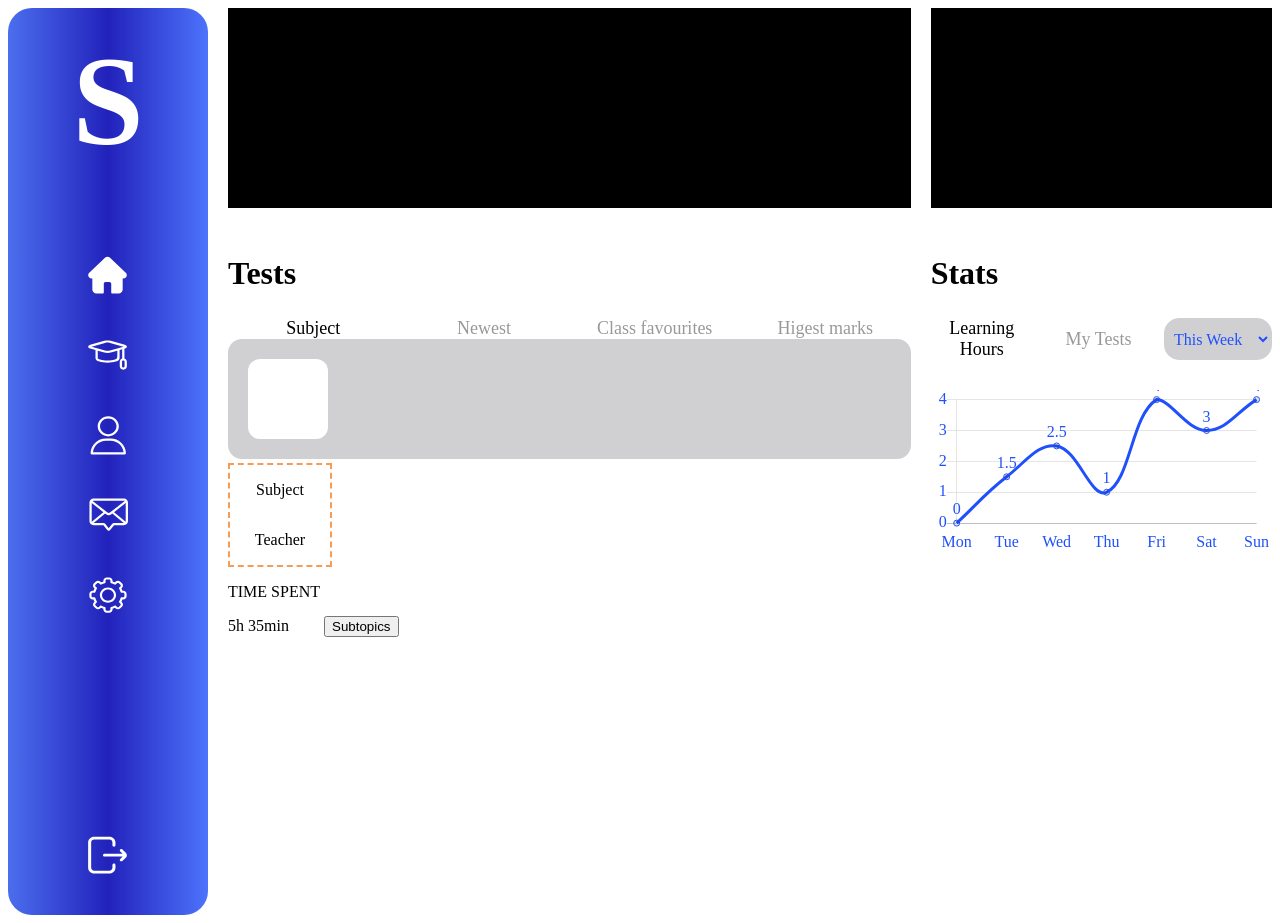
Repository: rafalzacher1/smartify-interface
Page: home.html
The author's editor kept a copy of each file at every save. The page is drawn from the files as they stood at one save, then again after a run of saves.
The browser window is 1280 px wide. The pictures show the whole page.
Some web fonts or font styles are not loaded; a fallback is used. Some web libraries are served in a nearby version.

Above is the page before, as saved 2022-06-30 04:27:43.

### home.html
<!DOCTYPE html>
<html lang="en">

<head>
    <link rel="stylesheet" href="./styles/home.css">
    <link rel="stylesheet" href="./styles/search.css">
    <link rel="stylesheet" href="./styles/tests.css">
    <link rel="stylesheet" href="./styles/navigation.css">
    <link rel="stylesheet" href="./styles/user-header.css">
    <link rel="stylesheet" href="./styles/stats.css">
    <script src="https://cdnjs.cloudflare.com/ajax/libs/Chart.js/2.4.0/Chart.min.js"></script>
    <link rel="stylesheet" href="./styles/graphs.css">
    <link href='https://fonts.googleapis.com/css?family=Baloo Bhai' rel='stylesheet'>
    <link href='https://fonts.googleapis.com/css?family=Baloo Bhai' rel='stylesheet'>
</head>

<body>
    <div id="main-container">
        <div id="navigation-container">
            <h1>S</h1>

            <nav id="navigation-options">
                <svg width="27" height="25" viewBox="0 0 27 25" fill="none" xmlns="http://www.w3.org/2000/svg">
                    <path
                        d="M25.5018 10.9867C25.5012 10.9862 25.5006 10.9856 25.5 10.985L14.8668 0.890976C14.4135 0.460518 13.8109 0.223389 13.17 0.223389C12.529 0.223389 11.9264 0.460329 11.473 0.890787L0.845318 10.9797C0.841738 10.9831 0.838158 10.9867 0.834579 10.9901C-0.0961545 11.8788 -0.0945635 13.3206 0.839153 14.207C1.26574 14.6122 1.82915 14.8469 2.43154 14.8714C2.456 14.8737 2.48066 14.8748 2.50552 14.8748H2.92932V22.3034C2.92932 23.7734 4.1892 24.9694 5.73803 24.9694H9.89809C10.3197 24.9694 10.6618 24.6449 10.6618 24.2444V18.4204C10.6618 17.7496 11.2365 17.204 11.9431 17.204H14.3968C15.1034 17.204 15.6782 17.7496 15.6782 18.4204V24.2444C15.6782 24.6449 16.02 24.9694 16.4419 24.9694H20.6019C22.1508 24.9694 23.4106 23.7734 23.4106 22.3034V14.8748H23.8036C24.4444 14.8748 25.047 14.6379 25.5006 14.2074C26.4353 13.3195 26.4357 11.8752 25.5018 10.9867V10.9867Z"
                        fill="white" />
                </svg>

                <svg width="29" height="22" viewBox="0 0 29 22" fill="none" xmlns="http://www.w3.org/2000/svg">
                    <path
                        d="M26.4228 13.5237V6.40629L26.734 6.31764C27.9305 5.97676 28.1816 5.39965 28.1816 4.97552C28.1816 4.55139 27.9304 3.97428 26.734 3.63356L16.4958 0.717713C15.8653 0.538127 15.0388 0.43924 14.1689 0.43924C13.299 0.43924 12.4726 0.538127 11.8419 0.717713L1.60382 3.63356C0.407257 3.97428 0.156067 4.55139 0.156067 4.97557C0.156067 5.3997 0.407202 5.97686 1.60376 6.31769L5.43281 7.4082V13.2841C5.43281 14.0138 5.93239 15.0416 8.31243 15.7947C9.88887 16.2936 11.9687 16.5683 14.1688 16.5683C16.3689 16.5683 18.4487 16.2936 20.0252 15.7947C22.4053 15.0415 22.9049 14.0138 22.9049 13.2841V7.40825L24.7806 6.87402V13.5237C23.7595 13.8501 23.0217 14.767 23.0217 15.8451V19.1846C23.0217 20.5351 24.179 21.6338 25.6017 21.6338C27.0242 21.6338 28.1816 20.5351 28.1816 19.1846V15.8451C28.1817 14.767 27.4439 13.8501 26.4228 13.5237ZM12.3137 2.21089C12.7886 2.07563 13.4647 1.9981 14.1689 1.9981C14.873 1.9981 15.5492 2.07563 16.024 2.21084L25.7315 4.97557L21.8438 6.08282C21.8416 6.08349 21.8394 6.08406 21.8372 6.08474L16.024 7.74036C15.5493 7.87556 14.8731 7.95309 14.169 7.95309C13.4649 7.95309 12.7886 7.87556 12.3138 7.74036L6.50073 6.08474C6.49849 6.08406 6.4963 6.08349 6.49405 6.08282L2.60639 4.97557L12.3137 2.21089ZM21.2629 11.2372C21.2629 13.3846 20.9647 13.8541 19.506 14.3157C18.0926 14.763 16.1971 15.0093 14.1689 15.0093C12.1406 15.0093 10.2452 14.763 8.83178 14.3157C7.37313 13.8541 7.07493 13.3845 7.07493 13.2841V7.87582L11.842 9.23348C12.4726 9.41307 13.299 9.51196 14.1689 9.51196C15.0388 9.51196 15.8652 9.41307 16.4959 9.23348L21.2629 7.87582V11.2372ZM26.5395 19.1845C26.5395 19.6754 26.1188 20.0748 25.6017 20.0748C25.0846 20.0748 24.6639 19.6755 24.6639 19.1845V15.845C24.6639 15.3541 25.0846 14.9546 25.6017 14.9546C26.1189 14.9546 26.5395 15.3541 26.5395 15.845V19.1845Z"
                        fill="white" />
                </svg>

                <svg width="24" height="26" viewBox="0 0 24 26" fill="none" xmlns="http://www.w3.org/2000/svg">
                    <path
                        d="M12.1698 0.827911C8.37379 0.827911 5.28546 3.75975 5.28546 7.36343C5.28546 10.9671 8.37379 13.899 12.1698 13.899C15.9659 13.899 19.0542 10.9671 19.0542 7.36343C19.0542 3.75975 15.9659 0.827911 12.1698 0.827911ZM12.1698 12.4466C9.21735 12.4466 6.81532 10.1663 6.81532 7.36343C6.81532 4.56057 9.21735 2.28025 12.1698 2.28025C15.1223 2.28025 17.5243 4.56057 17.5243 7.36343C17.5243 10.1663 15.1223 12.4466 12.1698 12.4466Z"
                        fill="white" />
                    <path
                        d="M20.7353 18.1686C18.8505 16.3518 16.3519 15.3513 13.6997 15.3513H10.64C7.98784 15.3513 5.48917 16.3518 3.60439 18.1686C1.72883 19.9765 0.695923 22.3628 0.695923 24.8883C0.695923 25.2894 1.03841 25.6145 1.46085 25.6145H22.8789C23.3013 25.6145 23.6438 25.2894 23.6438 24.8883C23.6438 22.3628 22.6109 19.9765 20.7353 18.1686ZM2.25944 24.1621C2.64267 20.043 6.25497 16.8036 10.64 16.8036H13.6997C18.0848 16.8036 21.6971 20.043 22.0803 24.1621H2.25944Z"
                        fill="white" />
                </svg>


                <svg width="27" height="23" viewBox="0 0 27 23" fill="none" xmlns="http://www.w3.org/2000/svg">
                    <path
                        d="M24.1913 0.381134H3.77551C2.23533 0.381134 0.9823 1.57067 0.9823 3.0328V15.7608C0.9823 17.223 2.23533 18.4125 3.77551 18.4125H10.353C10.4332 18.4125 10.5096 18.4491 10.5573 18.5105L12.957 21.5991C13.1975 21.9087 13.5678 22.0872 13.9729 22.089H13.979C14.3819 22.089 14.7514 21.9139 14.9937 21.608L17.4479 18.5087C17.4956 18.4484 17.5715 18.4124 17.6509 18.4124H24.1913C25.7315 18.4124 26.9845 17.2229 26.9845 15.7608V3.03276C26.9845 1.57063 25.7315 0.381134 24.1913 0.381134ZM25.4609 15.7608C25.4609 15.8747 25.4439 15.9848 25.4127 16.0892L17.5863 9.57636L25.4609 3.37251V15.7608ZM24.1913 1.8275C24.4235 1.8275 24.6413 1.88728 24.8287 1.99108L14.7964 9.8948C14.3265 10.265 13.6446 10.265 13.1747 9.8948L3.14064 1.98969C3.32753 1.88675 3.54433 1.8275 3.77551 1.8275H24.1913ZM2.55416 16.0892C2.52293 15.9848 2.50587 15.8747 2.50587 15.7608V3.36913L10.3826 9.57457L2.55416 16.0892ZM16.2301 17.6396L13.9808 20.4801L11.7834 17.6519C11.4498 17.2225 10.915 16.9661 10.3529 16.9661H3.81172L11.5698 10.5099L12.2017 11.0078C12.7186 11.415 13.3519 11.6185 13.9855 11.6185C14.6189 11.6185 15.2525 11.4148 15.7693 11.0078L16.399 10.5117L24.155 16.9661H17.6509C17.0952 16.9661 16.5641 17.2178 16.2301 17.6396Z"
                        fill="white" />
                </svg>

                <svg width="28" height="25" viewBox="0 0 28 25" fill="none" xmlns="http://www.w3.org/2000/svg">
                    <path
                        d="M14.8013 24.9227H13.1654C11.8422 24.9227 10.7657 23.9008 10.7657 22.6447V22.1193C10.2032 21.9486 9.65665 21.7333 9.13159 21.4753L8.73937 21.8477C7.7894 22.7506 6.2677 22.7241 5.34533 21.8473L4.18907 20.7497C3.26507 19.8735 3.23849 18.4294 4.18937 17.5277L4.58129 17.1556C4.30958 16.6571 4.08276 16.1384 3.90299 15.6043H3.34958C2.02648 15.6043 0.949951 14.5823 0.949951 13.3262V11.7731C0.949951 10.517 2.02648 9.4951 3.34963 9.4951H3.90304C4.08281 8.96103 4.30963 8.44223 4.58134 7.94378L4.18912 7.57148C3.2388 6.67028 3.26502 5.22602 4.18942 4.34942L5.34579 3.2517C6.2703 2.37283 7.79164 2.35089 8.73978 3.25199L9.13165 3.624C9.6567 3.3661 10.2032 3.15073 10.7658 2.98007V2.4547C10.7658 1.1986 11.8422 0.176666 13.1654 0.176666H14.8014C16.1245 0.176666 17.201 1.1986 17.201 2.4547V2.98012C17.7636 3.15073 18.3101 3.3661 18.8351 3.62405L19.2274 3.2517C20.1773 2.34876 21.699 2.37525 22.6214 3.25204L23.7777 4.34966C24.7017 5.22587 24.7283 6.66999 23.7774 7.57172L23.3854 7.94378C23.6572 8.44223 23.884 8.96098 24.0637 9.4951H24.6172C25.9403 9.4951 27.0168 10.517 27.0168 11.7731V13.3262C27.0168 14.5823 25.9403 15.6043 24.6172 15.6043H24.0637C23.884 16.1383 23.6572 16.6571 23.3854 17.1556L23.7777 17.5279C24.728 18.4291 24.7018 19.8734 23.7774 20.75L22.621 21.8477C21.6965 22.7266 20.1751 22.7485 19.227 21.8474L18.8351 21.4754C18.3101 21.7333 17.7636 21.9487 17.201 22.1193V22.6448C17.201 23.9008 16.1245 24.9227 14.8013 24.9227V24.9227ZM9.38692 19.9527C10.1163 20.3622 10.9014 20.6716 11.7203 20.8722C12.0575 20.9548 12.2931 21.2436 12.2931 21.5742V22.6447C12.2931 23.1013 12.6845 23.4727 13.1654 23.4727H14.8014C15.2824 23.4727 15.6737 23.1013 15.6737 22.6447V21.5742C15.6737 21.2436 15.9093 20.9548 16.2466 20.8722C17.0655 20.6716 17.8505 20.3622 18.5799 19.9527C18.8801 19.7842 19.2621 19.8301 19.5087 20.0641L20.3074 20.8224C20.6518 21.1497 21.2048 21.1421 21.5407 20.8227L22.6978 19.7243C23.0329 19.4066 23.0441 18.8815 22.6981 18.5535L21.899 17.7949C21.6525 17.5609 21.6042 17.1981 21.7817 16.9133C22.213 16.2208 22.5389 15.4756 22.7502 14.6981C22.8373 14.378 23.1414 14.1544 23.4897 14.1544H24.6172C25.0982 14.1544 25.4895 13.7829 25.4895 13.3263V11.7732C25.4895 11.3166 25.0982 10.9451 24.6172 10.9451H23.4897C23.1414 10.9451 22.8373 10.7214 22.7502 10.4013C22.5389 9.6239 22.213 8.87862 21.7817 8.18622C21.6042 7.90135 21.6525 7.53857 21.899 7.30454L22.6978 6.54626C23.0431 6.21886 23.0341 5.69397 22.6981 5.37541L21.5411 4.27707C21.2058 3.95827 20.6527 3.94894 20.3078 4.27678L19.5088 5.03535C19.2622 5.26942 18.88 5.31524 18.58 5.14675C17.8506 4.73724 17.0655 4.42786 16.2466 4.22724C15.9094 4.14464 15.6738 3.8559 15.6738 3.52526V2.4547C15.6738 1.99811 15.2824 1.62663 14.8014 1.62663H13.1655C12.6845 1.62663 12.2932 1.99811 12.2932 2.4547V3.52516C12.2932 3.8558 12.0576 4.14454 11.7203 4.22714C10.9014 4.42777 10.1164 4.73714 9.38697 5.14666C9.08679 5.3151 8.7047 5.26928 8.45818 5.03525L7.65948 4.27697C7.31511 3.94966 6.76205 3.95725 6.42619 4.27663L5.26911 5.37503C4.93401 5.69276 4.92281 6.21779 5.26881 6.54587L6.06787 7.30445C6.31438 7.53847 6.36265 7.90125 6.18522 8.18612C5.75385 8.87852 5.42801 9.62381 5.21667 10.4012C5.12961 10.7214 4.82547 10.945 4.47723 10.945H3.34963C2.86867 10.9451 2.47731 11.3165 2.47731 11.7731V13.3262C2.47731 13.7828 2.86867 14.1543 3.34963 14.1543H4.47718C4.82547 14.1543 5.12956 14.378 5.21662 14.6981C5.42796 15.4755 5.75385 16.2208 6.18517 16.9132C6.3626 17.1981 6.31433 17.5609 6.06782 17.7949L5.26906 18.5532C4.92378 18.8806 4.93279 19.4055 5.26876 19.724L6.42573 20.8224C6.76109 21.1412 7.31419 21.1505 7.65907 20.8226L8.45808 20.0641C8.63974 19.8917 9.01765 19.7454 9.38692 19.9527V19.9527Z"
                        fill="white" />
                    <path
                        d="M13.9834 17.9339C10.856 17.9339 8.31177 15.5185 8.31177 12.5497C8.31177 9.58082 10.856 7.16547 13.9834 7.16547C17.1107 7.16547 19.6549 9.58082 19.6549 12.5497C19.6549 15.5185 17.1107 17.9339 13.9834 17.9339ZM13.9834 8.61543C11.6982 8.61543 9.83912 10.3803 9.83912 12.5497C9.83912 14.719 11.6982 16.4839 13.9834 16.4839C16.2685 16.4839 18.1276 14.719 18.1276 12.5497C18.1276 10.3803 16.2685 8.61543 13.9834 8.61543Z"
                        fill="white" />
                </svg>


                <svg id="logout" width="27" height="26" viewBox="0 0 27 26" fill="none"
                    xmlns="http://www.w3.org/2000/svg">
                    <path
                        d="M18.5379 19.6672V21.6084C18.5379 23.7492 16.7034 25.4907 14.4484 25.4907H4.1734C1.91837 25.4907 0.0838623 23.7492 0.0838623 21.6084V4.52618C0.0838623 2.38541 1.91837 0.64386 4.1734 0.64386H14.4484C16.7034 0.64386 18.5379 2.38541 18.5379 4.52618V6.46734C18.5379 7.00343 18.0802 7.43792 17.5155 7.43792C16.9508 7.43792 16.4932 7.00343 16.4932 6.46734V4.52618C16.4932 3.45589 15.5758 2.58502 14.4484 2.58502H4.1734C3.04598 2.58502 2.12863 3.45589 2.12863 4.52618V21.6084C2.12863 22.6787 3.04598 23.5495 4.1734 23.5495H14.4484C15.5758 23.5495 16.4932 22.6787 16.4932 21.6084V19.6672C16.4932 19.1311 16.9508 18.6966 17.5155 18.6966C18.0802 18.6966 18.5379 19.1311 18.5379 19.6672ZM25.5083 11.4L23.2189 9.22667C22.8196 8.84753 22.1722 8.84753 21.773 9.22667C21.3736 9.60561 21.3736 10.2202 21.773 10.5991L23.4014 12.1452H11.1256C10.5609 12.1452 10.1032 12.5797 10.1032 13.1158C10.1032 13.6519 10.5609 14.0864 11.1256 14.0864H23.4014L21.773 15.6325C21.3736 16.0114 21.3736 16.626 21.773 17.005C21.9727 17.1945 22.2343 17.2893 22.4959 17.2893C22.7577 17.2893 23.0192 17.1945 23.2189 17.005L25.5083 14.8316C26.5049 13.8854 26.5049 12.3462 25.5083 11.4Z"
                        fill="white" />
                </svg>
            </nav>
        </div>

        <div id="user-header-container">

        </div>

        <div id="search-container">

        </div>

        <div id="tests-container">
            <div>
                <h2>Tests</h2>

                <div id="test-options">
                    <button id="subject-option" class="test-option" onclick="showSubjectTests()">Subject</button>
                    <button id="newest-option" class="test-option" onclick="showNewstTests()"
                        style="opacity: 0.4;">Newest</button>
                    <button id="favourites-option" class="test-option" onclick="showFavorites()"
                        style="opacity: 0.4;">Class favourites</button>
                    <button id="highest-marks-option" class="test-option" onclick="showHighestMarks()"
                        style="opacity: 0.4;">Higest marks</button>
                </div>

                <div class="class">
                    <div class="class-image">

                    </div>

                    <div class="class-info">
                        <p>Subject</p>
                        <p>Teacher</p>
                    </div>

                    <div class="class-time-spent">
                        <p>TIME SPENT</p>
                        <p>5h 35min</p>
                    </div>

                    <div class="class-subtopics">
                        <button>Subtopics</button>
                    </div>
                </div>
            </div>
        </div>

        <div id="stats-container">
            <div class="stats-options-container">
                <h2>Stats</h2>

                <div id="stats-options">
                    <button id="learning-hours-option" class="stat-option" onclick="showLearningHoursGraph()">Learning
                        Hours</button>
                    <button id="tests-option" class="stat-option" onclick="showTestsGraph()" style="opacity: 0.4;">My
                        Tests</button>

                    <select id="graphs">
                        <option value="week" onchange="">This Week</option>
                        <option value="month">This Month</option>
                    </select>
                </div>
            </div>

            <canvas id="learning-hours"></canvas>
            <canvas id="tests" style="display: none"></canvas>
        </div>
    </div>

    <script src="./scripts/learningHours.js"></script>
    <script src="./scripts/tests.js"></script>
</body>

<script src="./scripts/activeLinks.js">
</script>

</html>

### styles/home.css
#main-container {
    display: grid;
    grid-template-columns: 2fr 8fr 4fr;
    grid-template-rows: 200px 200px 200px;
    gap: 20px;
}

### styles/search.css
#search-container {
    grid-column: 3;
    grid-row: 1;
    background-color: black;
}

### styles/tests.css
#tests-container {
  grid-column: 2;
  grid-row: 2 / 5;
}

#tests-container h2 {
  font-family: "Baloo Bhai";
  font-size: 32px;
}

#test-options {
  display: flex;
  justify-content: space-between;
  font-family: "Baloo Bhai";
  font-size: 16px;
}

.test-option,
input[type="submit"],
input[type="reset"] {
  background: none;
  color: inherit;
  border: none;
  padding: 0;
  font: inherit;
  cursor: pointer;
  outline: inherit;
  width: 30%;
  font-family: "Baloo Bhai";
  font-size: 18px;
}

.class {
  background-color: #d0d0d3;
  height: 120px;
  width: 100%;
  border-radius: 14px;
  position: relative;
}

.class-image {
  display: inline-block;
  background-color: #ffffff;
  width: 80px;
  height: 80px;
  margin: 20px;
  border-radius: 12px;
}

.class-info {
    width: 100px;
    /* height: 200px;
    line-height: 200px; */
    text-align: center;
    border: 2px dashed #f69c55;
}

.class-info p {
    display: inline-block;
        vertical-align: middle;
        line-height: normal;
}

.class-time-spent {
  display: inline-block;
}

.class-subtopics {
  display: inline-block;
}

### styles/navigation.css
#navigation-container {
  font-family: "Baloo Bhai";
  font-size: 26px;
  background: rgb(32, 80, 251);
  background: linear-gradient(
    90deg,
    rgba(30, 74, 233, 0.8) 0%,
    rgba(10, 10, 180, 0.9) 50%,
    rgba(32, 80, 251, 0.8) 100%
  );
  border-radius: 24px;
  width: 200px;
  height: 100%;
  text-align: center;
  display: inline-block;
  grid-column: 1;
  grid-row: 1 / 5;
}

#navigation-container h1 {
  font-family: "Baloo Bhai";
  font-size: 128px;
  color: #ffffff;
  margin: 0;
  padding-top: 20px;
  padding-bottom: 60px;
}

#navigation-options svg {
  margin-left: auto;
  margin-right: auto;
  display: block;
  padding: 20px;
  height: 40px;
  width: 40px;
}

#navigation-options svg:hover {
  opacity: 0.4;
}

#logout {
  margin-top: 180px;
  margin-bottom: 20px;
}

### styles/user-header.css
#user-header-container {
    grid-column: 2;
    grid-row: 1;
    background-color: black;
}

### styles/stats.css
#stats-container {
    grid-column: 3;
    grid-row: 2 / 4;
}

### styles/graphs.css
.stats-container {
  position: relative;
  width: 40vw;
}

.stats-options-container {
    margin-bottom: 30px;
}

.stats-options-container h2 {
  font-family: "Baloo Bhai";
  font-size: 32px;
}

#stats-options {
  display: flex;
  justify-content: space-between;
  font-family: "Baloo Bhai";
  font-size: 16px;
}

.stat-option,
input[type="submit"],
input[type="reset"] {
  background: none;
  color: inherit;
  border: none;
  padding: 0;
  font: inherit;
  cursor: pointer;
  outline: inherit;
  width: 30%;
  font-family: "Baloo Bhai";
  font-size: 18px;
}

#graphs select {
  font-family: "Baloo Bhai";
  font-size: 26px;
  border: 1px solid #D0D0D3;
}
#graphs {
  font-family: "Baloo Bhai";
  font-size: 16px;
  color: #2050FB;
  padding: 5px;
  border: 1px solid #D0D0D3;
  border-radius: 15px;
  overflow: hidden;
  background: #D0D0D3;
}

#tests {
  width: 80%;
}

### scripts/learningHours.js
// if (document.getElementById("graphs").value == "week") {
//   var dt = new Date();
//   var month = dt.getMonth();
//   var year = dt.getFullYear();
//   console.log(new Date(year, month + 1, 0).getDate());
// }

// if (document.getElementById("graphs").value == "month") {
//   console.log("test");
// }

// Data define for bar chart
var learningData = {
  labels: ["Mon", "Tue", "Wed", "Thu", "Fri", "Sat", "Sun"],
  datasets: [
    {
      fill: false,
      borderColor: "#2050FB",
      data: [0, 1.5, 2.5, 1, 4, 3, 4],
    },
  ],
};
// Options to display value on top of bars
var learningOption = {
  legend: { display: false },
  scales: {
    xAxes: [
      {
        ticks: {
          fontColor: "#2050FB",
          fontSize: 16,
          fontFamily: "Baloo Bhai",
          stepSize: 1,
          beginAtZero: true,
        },
        gridLines: {
          display: false,
        },
      },
    ],
    yAxes: [
      {
        ticks: {
          fontColor: "#2050FB",
          fontSize: 16,
          fontFamily: "Baloo Bhai",
          stepSize: 1,
          beginAtZero: true,
        },
      },
    ],
  },
  tooltips: {
    enabled: true,
  },
  animation: {
    onComplete: function () {
      var chartInstance = this.chart,
        ctx = chartInstance.ctx;
      ctx.textAlign = "center";
      ctx.fillStyle = "#2050FB";
      ctx.textBaseline = "bottom";
      this.data.datasets.forEach(function (dataset, i) {
        var meta = chartInstance.controller.getDatasetMeta(i);
        meta.data.forEach(function (bar, index) {
          var data = dataset.data[index];
          ctx.fillText(data, bar._model.x, bar._model.y - 5);
        });
      });
    },
  },
};

//Code to drow Chart
var ctx = document.getElementById("learning-hours").getContext("2d");
var LearningHoursChar = new Chart(ctx, {
  type: "line", // Define chart type
  data: learningData, // Chart data
  options: learningOption, // Chart Options [This is optional paramenter use to add some extra things in the chart].
});

### scripts/activeLinks.js
function showLearningHoursGraph() {
    document.getElementById("learning-hours-option").style.opacity = 1;
    document.getElementById("tests-option").style.opacity = 0.4;

    document.getElementById("learning-hours").style.display = "block";
    document.getElementById("tests").style.display = "none";
}

function showTestsGraph() {
    document.getElementById("learning-hours-option").style.opacity = 0.4;
    document.getElementById("tests-option").style.opacity = 1;

    document.getElementById("learning-hours").style.display = "none";
    document.getElementById("tests").style.display = "block";
}

function showSubjectTests() {
    document.getElementById("subject-option").style.opacity=1;

    document.getElementById("newest-option").style.opacity=0.4;
    document.getElementById("favourites-option").style.opacity=0.4;
    document.getElementById("highest-marks-option").style.opacity=0.4;
}

function showNewstTests() {
    document.getElementById("newest-option").style.opacity=1;

    document.getElementById("subject-option").style.opacity=0.4;
    document.getElementById("favourites-option").style.opacity=0.4;
    document.getElementById("highest-marks-option").style.opacity=0.4;
}

function showFavorites() {
    document.getElementById("favourites-option").style.opacity=1;

    document.getElementById("newest-option").style.opacity=0.4;
    document.getElementById("subject-option").style.opacity=0.4;
    document.getElementById("highest-marks-option").style.opacity=0.4;
}

function showHighestMarks() {
    document.getElementById("highest-marks-option").style.opacity=1;

    document.getElementById("newest-option").style.opacity=0.4;
    document.getElementById("favourites-option").style.opacity=0.4;
    document.getElementById("subject-option").style.opacity=0.4;
}

Loaded but not shown: scripts/tests.js (no copy from this time; the picture is the same without it)

After the next 2 saves:
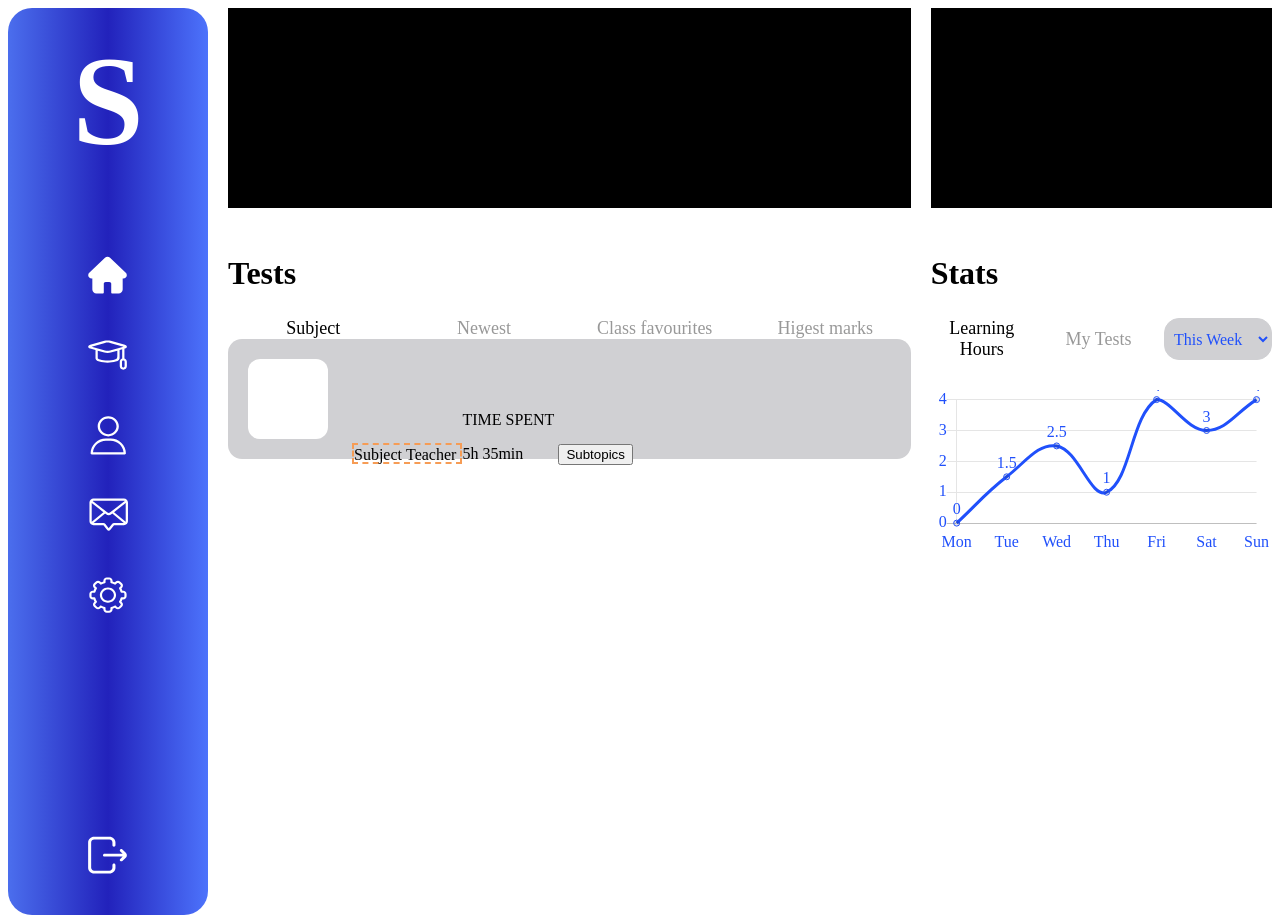
The 2 saves are shown as one change because they came seconds apart.
The last was saved 7 s later.
--- a/styles/tests.css
+++ b/styles/tests.css
@@ -48,6 +48,7 @@ input[type="reset"] {
 }
 
 .class-info {
+    display: inline;
     width: 100px;
     /* height: 200px;
     line-height: 200px; */
